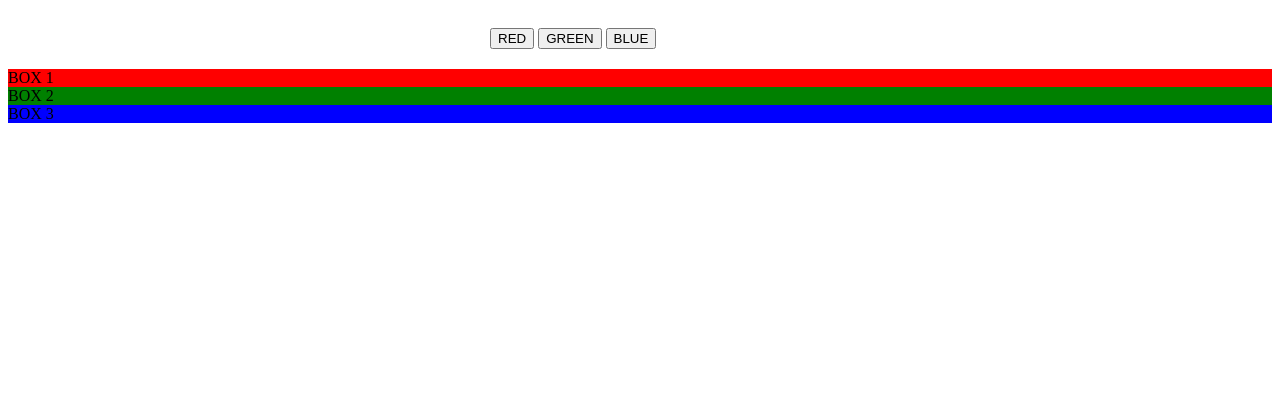
Repository: shinsil0601/webstudy
Page: 03_JavaScript/src/main/webapp/day02/ex15_event.html
These files come from the project's save history. The page is drawn as it stood at one moment and after the next save; the edit follows.
The browser window is 1280 px wide. The pictures show the whole page.

Above is the page before, as saved 2023-06-28 06:49:30.

After the next save:
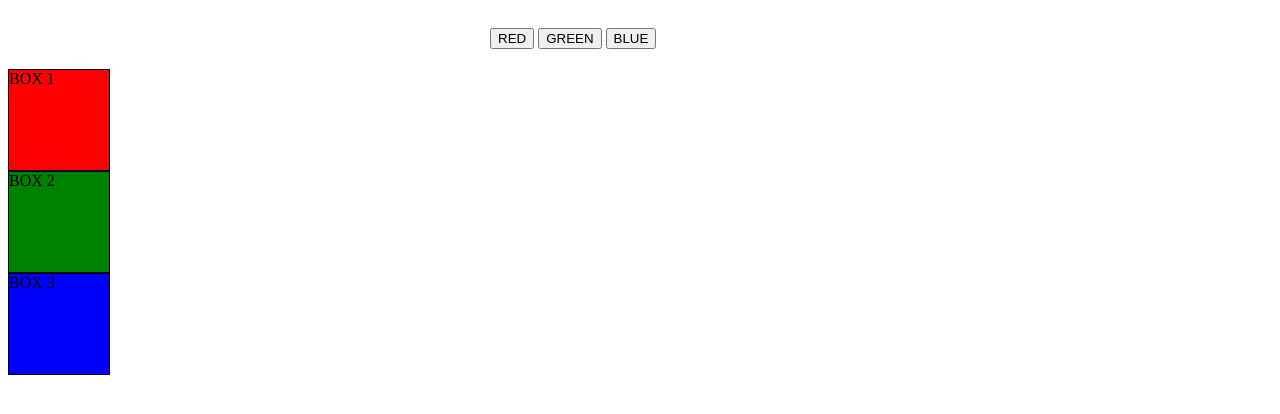
Saved 83 s later.
--- a/03_JavaScript/src/main/webapp/day02/ex15_event.html
+++ b/03_JavaScript/src/main/webapp/day02/ex15_event.html
@@ -3,6 +3,13 @@
 <head>
 <meta charset="UTF-8">
 <title>Insert title here</title>
+<style type="text/css">
+	.box{
+		border: 1px solid black;
+		width: 100px;
+		height: 100px
+	}
+</style>
 </head>
 <body>
 	<div style="margin: auto; width: 300px; padding: 20px;">
